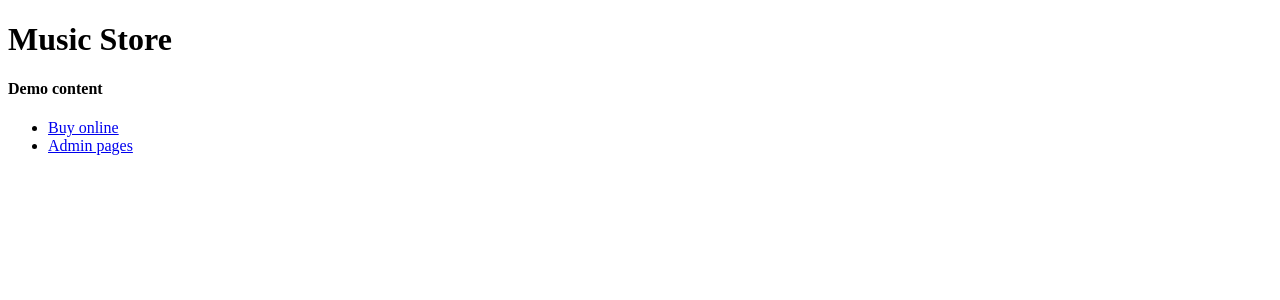
Repository: OnlyLight/Dua_Thu
Page: http://localhost/MusicStore/
These files come from the project's save history. The page is drawn as it stood at one moment and after the next save; the edit follows.
The browser window is 1280 px wide. The pictures show the whole page.
The page is served by Tomcat 9. Other server files are loaded and not shown.

Above is the page before, as saved 2018-05-13 03:10:20.

### JavaWeb/MusicStore/src/main/webapp/WEB-INF/views/index.jsp
<%@ page language="java" contentType="text/html; charset=ISO-8859-1"
	pageEncoding="ISO-8859-1"%>
<!DOCTYPE html PUBLIC "-//W3C//DTD HTML 4.01 Transitional//EN" "http://www.w3.org/TR/html4/loose.dtd">
<html>
<head>
<meta http-equiv="Content-Type" content="text/html; charset=ISO-8859-1">
<title>Insert title here</title>
</head>
<body>

	<h1>Music Store</h1>

	<div>
		<h4>Demo content</h4>

		<ul>
			<li><a href="#">Buy online</a></li>
			<li><a href="#">Admin pages</a></li>
		</ul>
	</div>
</body>
</html>

After the next save:
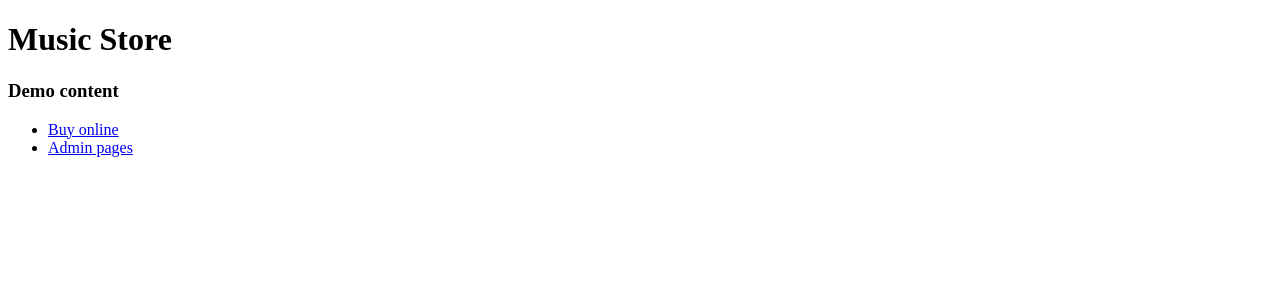
Saved 17 s later.
--- a/JavaWeb/MusicStore/src/main/webapp/WEB-INF/views/index.jsp
+++ b/JavaWeb/MusicStore/src/main/webapp/WEB-INF/views/index.jsp
@@ -11,7 +11,7 @@
 	<h1>Music Store</h1>
 
 	<div>
-		<h4>Demo content</h4>
+		<h3>Demo content</h3>
 
 		<ul>
 			<li><a href="#">Buy online</a></li>
